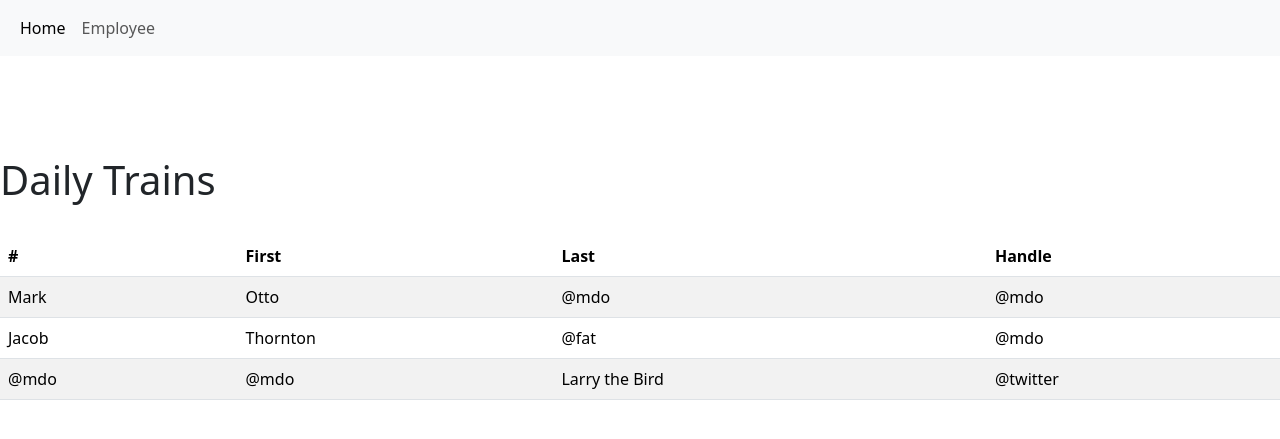
Repository: SachinUthpala/Railway-Reservation
Page: http://localhost/Railway/Train_res
These files come from the project's save history. The page is drawn as it stood at one moment and after the next save; the edit follows.
The browser window is 1280 px wide. The pictures show the whole page.
The page is served by Tomcat 9.

Above is the page before, as saved 2023-05-19 16:30:40.

After the next save:
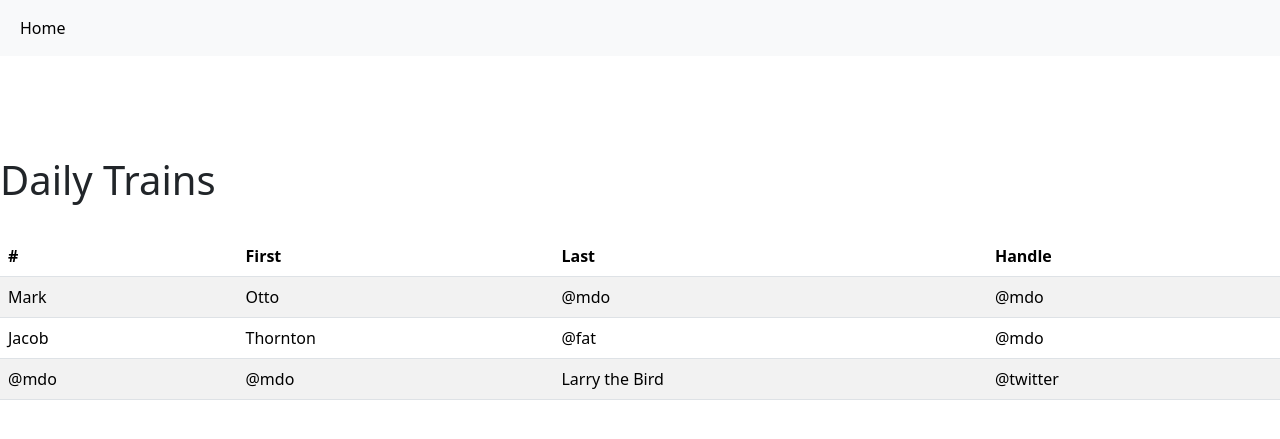
Saved 21 s later.
--- a/Railway/src/main/webapp/Trains.jsp
+++ b/Railway/src/main/webapp/Trains.jsp
@@ -28,9 +28,7 @@ System.out.println("\n Username :"+Username);
 			        <li class="nav-item">
 			          <a class="nav-link active" aria-current="page" href="#">Home</a>
 			        </li>
-			        <li class="nav-item">
-			          <a class="nav-link" href="/pro5/Employee_sv">Employee</a>
-			        </li>
+
 			      </ul>
 
 			    </div>
